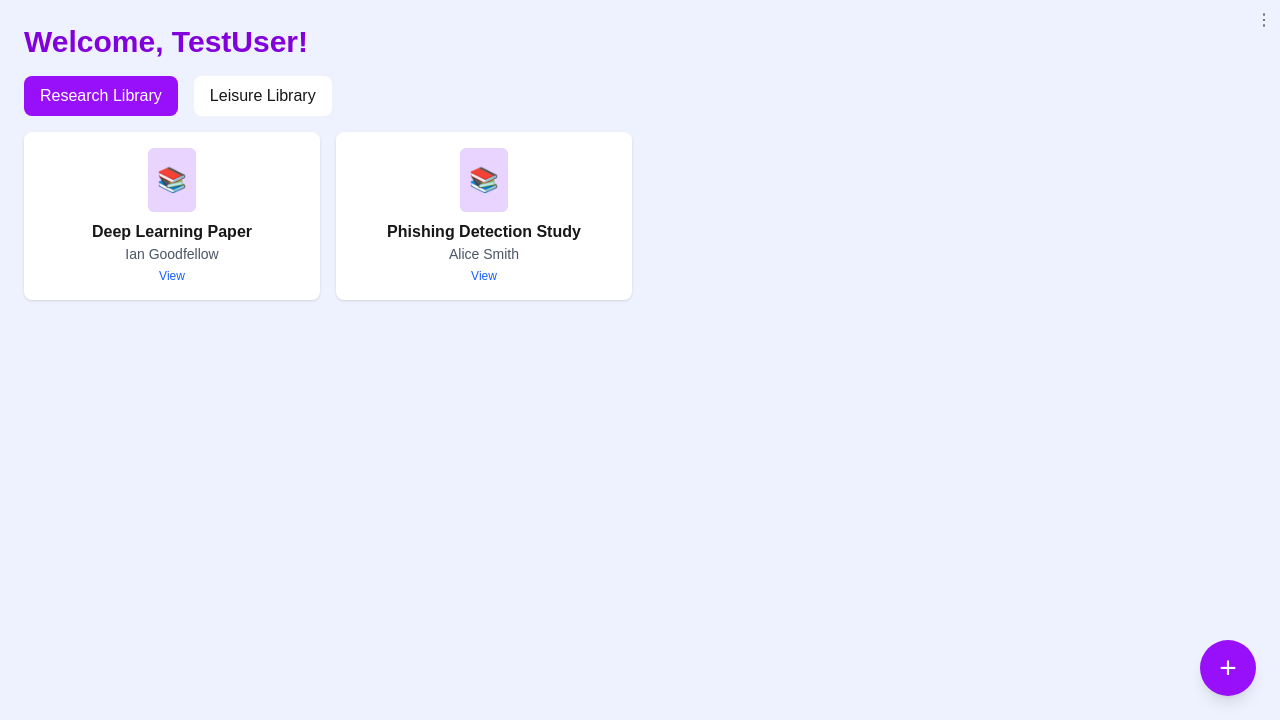
Repository: ramosfranz/bookie
Page: /dashboard
The author's editor kept a copy of each file at every save. The page is drawn from the files as they stood at one save, then again after the next save.
The browser window is 1280 px wide. The pictures show the whole page.
The project was rebuilt for these pictures with package versions that can differ from the ones it lists, and the page was loaded fresh each time. The framework's server and built-in components were replaced by stand-ins that run in the browser. Also part of the build but not shown: next.config.ts.

Above is the page before, as saved 2025-11-15 13:33:50.

### src/app/layout.tsx
import type { Metadata } from "next";
import { Geist, Geist_Mono } from "next/font/google";
import "./globals.css";

const geistSans = Geist({
  variable: "--font-geist-sans",
  subsets: ["latin"],
});

const geistMono = Geist_Mono({
  variable: "--font-geist-mono",
  subsets: ["latin"],
});

export const metadata: Metadata = {
  title: "Bookie",
  description: "Generated by create next app",
};

export default function RootLayout({
  children,
}: Readonly<{
  children: React.ReactNode;
}>) {
  return (
    <html lang="en">
      <body
        className={`${geistSans.variable} ${geistMono.variable} antialiased`}
      >
        {children}
      </body>
    </html>
  );
}

### src/app/dashboard/page.tsx
// src/app/dashboard/page.tsx
"use client";

import { useState } from "react";

// Hardcoded dummy user
const dummyUser = {
  id: "00000000-0000-0000-0000-000000000001",
  email: "test@example.com",
  username: "TestUser",
  avatar_url: "",
  preferences: {},
};

// Dummy libraries
const initialResearchLibrary = [
  { id: "1", title: "Deep Learning Paper", authors: ["Ian Goodfellow"], url: "https://example.com/dl-paper.pdf" },
  { id: "2", title: "Phishing Detection Study", authors: ["Alice Smith"], url: "https://example.com/phishing-study.pdf" },
];

const initialLeisureLibrary = [
  { id: "1", title: "Harry Potter", authors: ["J.K. Rowling"], url: "https://example.com/harry-potter" },
  { id: "2", title: "The Hobbit", authors: ["J.R.R. Tolkien"], url: "https://example.com/the-hobbit" },
];

export default function Dashboard() {
  const user = dummyUser;
  const [activeTab, setActiveTab] = useState<"research" | "leisure">("research");
  const [researchLibrary, setResearchLibrary] = useState(initialResearchLibrary);
  const [leisureLibrary, setLeisureLibrary] = useState(initialLeisureLibrary);

  // Form state
  const [formTitle, setFormTitle] = useState("");
  const [formAuthors, setFormAuthors] = useState("");
  const [formUrl, setFormUrl] = useState("");
  const [editingId, setEditingId] = useState<string | null>(null);
  const [showModal, setShowModal] = useState(false);

  const currentLibrary = activeTab === "research" ? researchLibrary : leisureLibrary;
  const setCurrentLibrary =
    activeTab === "research" ? setResearchLibrary : setLeisureLibrary;

  // Add/Edit
  const handleSubmit = (e: React.FormEvent) => {
    e.preventDefault();
    if (!formTitle.trim()) return;

    const authorsArray = formAuthors.split(",").map((a) => a.trim());

    if (editingId) {
      // Edit
      setCurrentLibrary((prev) =>
        prev.map((item) =>
          item.id === editingId
            ? { ...item, title: formTitle, authors: authorsArray, url: formUrl }
            : item
        )
      );
    } else {
      // Add
      const newItem = {
        id: Math.random().toString(36).substr(2, 9),
        title: formTitle,
        authors: authorsArray,
        url: formUrl,
      };
      setCurrentLibrary((prev) => [...prev, newItem]);
    }

    setFormTitle("");
    setFormAuthors("");
    setFormUrl("");
    setEditingId(null);
    setShowModal(false);
  };

  // Delete
  const handleDelete = (id: string) => {
    setCurrentLibrary((prev) => prev.filter((item) => item.id !== id));
  };

  // Edit
  const handleEdit = (item: { id: string; title: string; authors: string[]; url: string }) => {
    setEditingId(item.id);
    setFormTitle(item.title);
    setFormAuthors(item.authors.join(", "));
    setFormUrl(item.url);
    setShowModal(true);
  };

  const [activeDropdown, setActiveDropdown] = useState<string | null>(null);
const [confirmDelete, setConfirmDelete] = useState<{ id: string; title: string } | null>(null);


  return (
    <div className="min-h-screen p-6 bg-indigo-50 relative">
      <h1 className="text-3xl font-bold text-purple-700 mb-4">
        Welcome, {user.username}!
      </h1>

      {/* Tabs */}
      <div className="flex gap-4 mb-4">
        <button
          className={`px-4 py-2 rounded-lg ${
            activeTab === "research" ? "bg-purple-600 text-white" : "bg-white"
          }`}
          onClick={() => setActiveTab("research")}
        >
          Research Library
        </button>
        <button
          className={`px-4 py-2 rounded-lg ${
            activeTab === "leisure" ? "bg-purple-600 text-white" : "bg-white"
          }`}
          onClick={() => setActiveTab("leisure")}
        >
          Leisure Library
        </button>
      </div>

      {/* Grid View */}
      <div className="grid grid-cols-2 sm:grid-cols-3 md:grid-cols-4 gap-4">
   {currentLibrary.map((item) => (
  <div
    key={item.id}
    className="p-4 bg-white rounded-lg shadow flex flex-col items-center justify-center hover:shadow-md transition"
  >
    {/* Book Icon (clickable if URL exists) */}
    {item.url ? (
      <a
        href={item.url}
        target="_blank"
        rel="noopener noreferrer"
        className="w-12 h-16 bg-purple-200 rounded-md mb-2 flex items-center justify-center text-2xl hover:bg-purple-300 transition"
      >
        📚
      </a>
    ) : (
      <div className="w-12 h-16 bg-purple-200 rounded-md mb-2 flex items-center justify-center text-2xl">
        📚
      </div>
    )}

    <strong className="text-center">{item.title}</strong>
    <p className="text-sm text-gray-600 text-center">{item.authors.join(", ")}</p>

    {/* Optional View link below the icon */}
    {item.url && (
      <a
        href={item.url}
        target="_blank"
        rel="noopener noreferrer"
        className="text-blue-600 text-xs mt-1 hover:underline"
      >
        View
      </a>
    )}

   <div className="absolute top-2 right-2">
  <div className="relative inline-block text-left">
    <button
      className="text-gray-500 hover:text-gray-700"
      onClick={() => setActiveDropdown(item.id)}
    >
      ⋮
    </button>

    {/* Dropdown menu */}
    {activeDropdown === item.id && (
      <div className="origin-top-right absolute right-0 mt-2 w-28 rounded-md shadow-lg bg-white ring-1 ring-black ring-opacity-5 focus:outline-none z-50">
        <div className="py-1">
          <button
            onClick={() => {
              handleEdit(item);
              setActiveDropdown(null);
            }}
            className="w-full text-left px-4 py-2 text-sm text-gray-700 hover:bg-gray-100"
          >
            Edit
          </button>
          <button
            onClick={() => {
              setConfirmDelete({ id: item.id, title: item.title });
              setActiveDropdown(null);
            }}
            className="w-full text-left px-4 py-2 text-sm text-red-600 hover:bg-gray-100"
          >
            Delete
          </button>
        </div>
      </div>
    )}
  </div>
</div>

  </div>
))}

      </div>

      {/* Floating + Button */}
      <button
        className="fixed bottom-6 right-6 w-14 h-14 bg-purple-600 text-white text-3xl rounded-full shadow-lg hover:bg-purple-700 transition flex items-center justify-center"
        onClick={() => setShowModal(true)}
      >
        +
      </button>

      {/* Modal */}
      {showModal && (
        <div className="fixed inset-0 bg-black/50 flex items-center justify-center z-50">
          <div className="bg-white rounded-lg p-6 w-full max-w-sm relative">
            <button
              className="absolute top-2 right-2 text-gray-500 hover:text-gray-700"
              onClick={() => setShowModal(false)}
            >
              ✕
            </button>
            <h2 className="text-xl font-bold mb-4">
              {editingId ? "Edit" : "Add"} {activeTab === "research" ? "Research" : "Book"}
            </h2>
            <form onSubmit={handleSubmit} className="flex flex-col gap-3">
              <input
                type="text"
                placeholder="Title"
                value={formTitle}
                onChange={(e) => setFormTitle(e.target.value)}
                className="px-3 py-2 border rounded-lg focus:outline-none focus:ring-2 focus:ring-purple-500"
                required
              />
              <input
                type="text"
                placeholder="Authors (comma separated)"
                value={formAuthors}
                onChange={(e) => setFormAuthors(e.target.value)}
                className="px-3 py-2 border rounded-lg focus:outline-none focus:ring-2 focus:ring-purple-500"
              />
              <input
                type="url"
                placeholder="URL (PDF or reference link)"
                value={formUrl}
                onChange={(e) => setFormUrl(e.target.value)}
                className="px-3 py-2 border rounded-lg focus:outline-none focus:ring-2 focus:ring-purple-500"
              />
              <button
                type="submit"
                className="px-4 py-2 bg-purple-600 text-white rounded-lg hover:bg-purple-700 transition"
              >
                {editingId ? "Update" : "Add"}
              </button>
            </form>
          </div>
        </div>
      )}
    </div>
  );
}

Loaded but not shown: src/app/globals.css (common file)

After the next save:
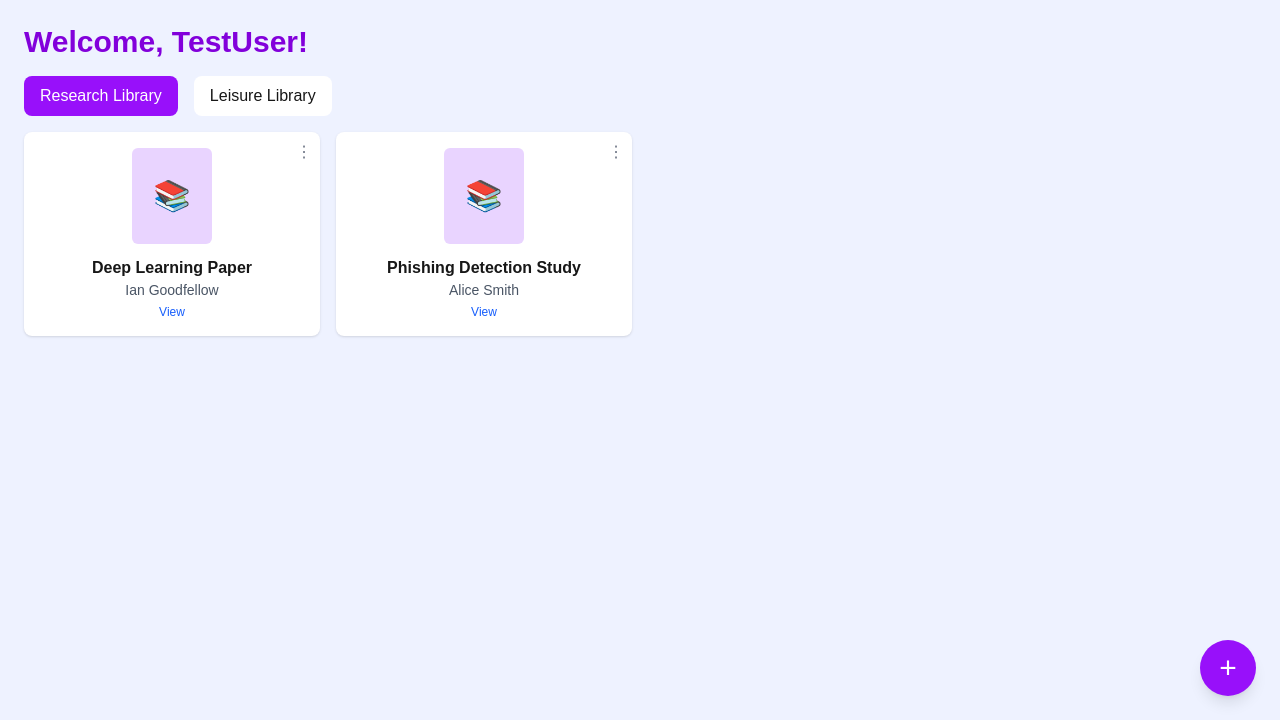
Saved 5 min 2 s later.
--- a/src/app/dashboard/page.tsx
+++ b/src/app/dashboard/page.tsx
@@ -121,79 +121,82 @@ const [confirmDelete, setConfirmDelete] = useState<{ id: string; title: string }
       {/* Grid View */}
       <div className="grid grid-cols-2 sm:grid-cols-3 md:grid-cols-4 gap-4">
    {currentLibrary.map((item) => (
-  <div
-    key={item.id}
-    className="p-4 bg-white rounded-lg shadow flex flex-col items-center justify-center hover:shadow-md transition"
-  >
-    {/* Book Icon (clickable if URL exists) */}
-    {item.url ? (
-      <a
-        href={item.url}
-        target="_blank"
-        rel="noopener noreferrer"
-        className="w-12 h-16 bg-purple-200 rounded-md mb-2 flex items-center justify-center text-2xl hover:bg-purple-300 transition"
+ <div
+  key={item.id}
+  className="relative p-4 bg-white rounded-lg shadow flex flex-col items-center hover:shadow-md transition"
+>
+  {/* Top-right 3-dot menu */}
+  <div className="absolute top-2 right-2">
+    <div className="relative inline-block text-left">
+      <button
+        className="text-gray-500 hover:text-gray-700"
+        onClick={() => setActiveDropdown(item.id)}
       >
-        📚
-      </a>
-    ) : (
-      <div className="w-12 h-16 bg-purple-200 rounded-md mb-2 flex items-center justify-center text-2xl">
-        📚
-      </div>
-    )}
-
-    <strong className="text-center">{item.title}</strong>
-    <p className="text-sm text-gray-600 text-center">{item.authors.join(", ")}</p>
-
-    {/* Optional View link below the icon */}
-    {item.url && (
-      <a
-        href={item.url}
-        target="_blank"
-        rel="noopener noreferrer"
-        className="text-blue-600 text-xs mt-1 hover:underline"
-      >
-        View
-      </a>
-    )}
-
-   <div className="absolute top-2 right-2">
-  <div className="relative inline-block text-left">
-    <button
-      className="text-gray-500 hover:text-gray-700"
-      onClick={() => setActiveDropdown(item.id)}
+        ⋮
+      </button>
+
+      {/* Dropdown menu */}
+      {activeDropdown === item.id && (
+        <div className="origin-top-right absolute right-0 mt-2 w-28 rounded-md shadow-lg bg-white ring-1 ring-black ring-opacity-5 focus:outline-none z-50">
+          <div className="py-1">
+            <button
+              onClick={() => {
+                handleEdit(item);
+                setActiveDropdown(null);
+              }}
+              className="w-full text-left px-4 py-2 text-sm text-gray-700 hover:bg-gray-100"
+            >
+              Edit
+            </button>
+            <button
+              onClick={() => {
+                setConfirmDelete({ id: item.id, title: item.title });
+                setActiveDropdown(null);
+              }}
+              className="w-full text-left px-4 py-2 text-sm text-red-600 hover:bg-gray-100"
+            >
+              Delete
+            </button>
+          </div>
+        </div>
+      )}
+    </div>
+  </div>
+
+  {/* Book Icon (clickable if URL exists) */}
+  {item.url ? (
+    <a
+      href={item.url}
+      target="_blank"
+      rel="noopener noreferrer"
+      className="w-16 h-20 sm:w-20 sm:h-24 bg-purple-200 rounded-md mb-3 flex items-center justify-center text-3xl hover:bg-purple-300 transition"
     >
-      ⋮
-    </button>
-
-    {/* Dropdown menu */}
-    {activeDropdown === item.id && (
-      <div className="origin-top-right absolute right-0 mt-2 w-28 rounded-md shadow-lg bg-white ring-1 ring-black ring-opacity-5 focus:outline-none z-50">
-        <div className="py-1">
-          <button
-            onClick={() => {
-              handleEdit(item);
-              setActiveDropdown(null);
-            }}
-            className="w-full text-left px-4 py-2 text-sm text-gray-700 hover:bg-gray-100"
-          >
-            Edit
-          </button>
-          <button
-            onClick={() => {
-              setConfirmDelete({ id: item.id, title: item.title });
-              setActiveDropdown(null);
-            }}
-            className="w-full text-left px-4 py-2 text-sm text-red-600 hover:bg-gray-100"
-          >
-            Delete
-          </button>
-        </div>
-      </div>
-    )}
-  </div>
+      📚
+    </a>
+  ) : (
+    <div className="w-16 h-20 sm:w-20 sm:h-24 bg-purple-200 rounded-md mb-3 flex items-center justify-center text-3xl">
+      📚
+    </div>
+  )}
+
+  <strong className="text-center text-sm sm:text-base">{item.title}</strong>
+  <p className="text-xs sm:text-sm text-gray-600 text-center">
+    {item.authors.join(", ")}
+  </p>
+
+  {/* Optional View link below the icon */}
+  {item.url && (
+    <a
+      href={item.url}
+      target="_blank"
+      rel="noopener noreferrer"
+      className="text-blue-600 text-xs mt-1 hover:underline"
+    >
+      View
+    </a>
+  )}
 </div>
 
-  </div>
 ))}
 
       </div>
